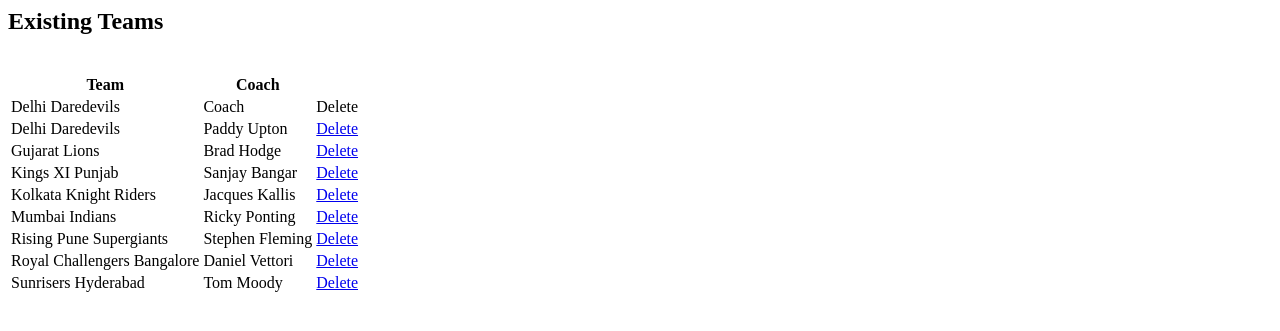
Repository: umng/Learn-to-Program
Page: http://localhost/Remove_team/
An editor plug-in stored every save of this project. The page is shown before and after the next save, followed by the edit.
The browser window is 1280 px wide. The pictures show the whole page.
The page is served by Tomcat 9. The database holds what the project's SQL file puts in it.

Above is the page before, as saved 2017-03-01 08:07:38.

After the next save:
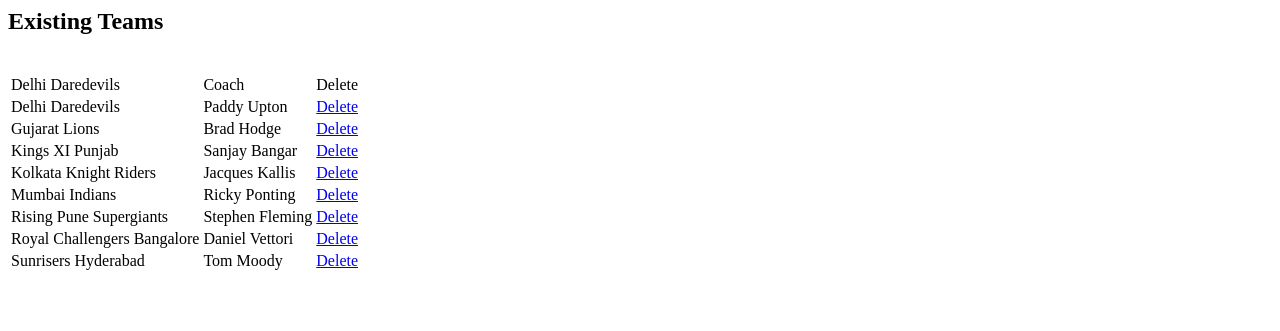
Saved 62 s later.
--- a/Java/CTS_SFDC/workspace/Remove team/WebContent/index.jsp
+++ b/Java/CTS_SFDC/workspace/Remove team/WebContent/index.jsp
@@ -14,11 +14,6 @@
 		<table id="teams">
 			<tbody>
 				<tr>
-					<th>Team</th>
-					<th>Coach</th>
-					<th></th>
-				</tr>
-				<tr>
 					<td>Delhi Daredevils</td>
 					<td>Coach</td>
 					<td><a>Delete</a></td>

After the save that followed:
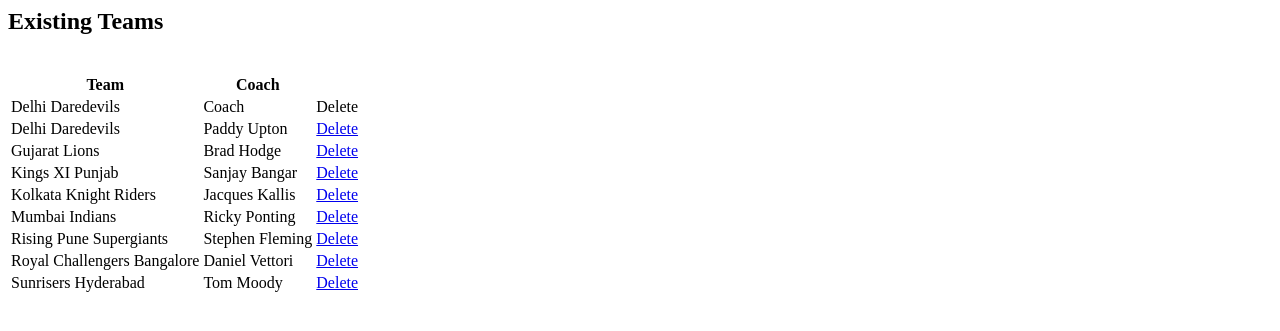
Saved 41 s later.
--- a/Java/CTS_SFDC/workspace/Remove team/WebContent/index.jsp
+++ b/Java/CTS_SFDC/workspace/Remove team/WebContent/index.jsp
@@ -14,6 +14,11 @@
 		<table id="teams">
 			<tbody>
 				<tr>
+					<th>Team</th>
+					<th>Coach</th>
+					<th></th>
+				</tr>
+				<tr>
 					<td>Delhi Daredevils</td>
 					<td>Coach</td>
 					<td><a>Delete</a></td>
